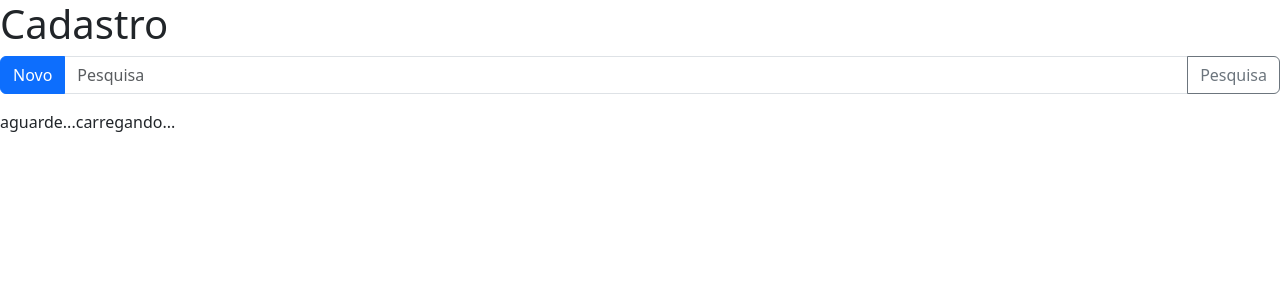
Repository: marcolino-t/Desenvolvimento_Web
Page: OlaMundo2/src/main/webapp/cadastroapi/pessoa.html
These files come from the project's save history. The page is drawn as it stood at one moment and after the next save; the edit follows.
The browser window is 1280 px wide. The pictures show the whole page.
The page's requests for data from a server got no answer.

Above is the page before, as saved 2024-11-19 23:04:18.

### OlaMundo2/src/main/webapp/cadastroapi/pessoa.html
<!DOCTYPE html>
<html>
<head>
<meta charset="ISO-8859-1">
<link
	href="https://cdn.jsdelivr.net/npm/bootstrap@5.3.3/dist/css/bootstrap.min.css"
	rel="stylesheet"
	integrity="sha384-QWTKZyjpPEjISv5WaRU9OFeRpok6YctnYmDr5pNlyT2bRjXh0JMhjY6hW+ALEwIH"
	crossorigin="anonymous">
<title>Insert title here</title>
</head>
<body>
	<h1>Cadastro</h1>
	<div class="input-group mb-3">
		<button type="button" class="btn btn-primary" onclick="novo()">Novo</button>

		<input type="text" class="form-control"
			placeholder="Pesquisa" aria-label="Pesquisa"
			aria-describedby="button-addon2">
		<button class="btn btn-outline-secondary" type="button"
			id="button-addon2" onclick="listar()">Pesquisa</button>
	</div>

	<div id="resposta"></div>


	<div class="modal fade" id="formulario" tabindex="-1"
		aria-labelledby="exampleModalLabel" aria-hidden="true">
		<div class="modal-dialog">
			<div class="modal-content">
				<div class="modal-header">
					<h1 class="modal-title fs-5" id="exampleModalLabel">Cadastro
						de Pessoa</h1>
					<button type="button" class="btn-close" data-bs-dismiss="modal"
						aria-label="Close"></button>
				</div>
				<div class="modal-body">

					<div class="input-group mb-3">
						<span class="input-group-text" id="inputGroup-sizing-default">Nome:</span>
						<input id="nome" type="text" class="form-control"
							aria-label="Sizing example input"
							aria-describedby="inputGroup-sizing-default">
					</div>
					<div class="input-group mb-3">
						<span class="input-group-text" id="inputGroup-sizing-default">Telefone:</span>
						<input id="telefone" type="text" class="form-control"
							aria-label="Sizing example input"
							aria-describedby="inputGroup-sizing-default">
					</div>
					<div class="input-group mb-3">
						<span class="input-group-text" id="inputGroup-sizing-default">E-mail:</span>
						<input id="email" type="text" class="form-control"
							aria-label="Sizing example input"
							aria-describedby="inputGroup-sizing-default">
					</div>
					<div class="input-group mb-3">
						<span class="input-group-text" id="inputGroup-sizing-default">Cidade:</span>
						<input id="cidade" type="text" class="form-control"
							aria-label="Sizing example input"
							aria-describedby="inputGroup-sizing-default">
					</div>

					<div class="modal-footer">
						<button type="button" class="btn btn-secondary"
							data-bs-dismiss="modal">Cancelar</button>
						<button type="button" class="btn btn-primary" onclick="salvar()">Salvar</button>
					</div>
				</div>
			</div>
		</div>
	</div>

	<div class="modal fade" id="excluir" tabindex="-1"
		aria-labelledby="exampleModalLabel" aria-hidden="true">
		<div class="modal-dialog">
			<div class="modal-content">
				<div class="modal-header">
					<h1 class="modal-title fs-5" id="exampleModalLabel">Excluir
						Pessoa</h1>
					<button type="button" class="btn-close" data-bs-dismiss="modal"
						aria-label="Close"></button>
				</div>
				<div class="modal-body">Confirmar a Exclusao do registro</div>

				<div class="modal-footer">
					<button type="button" class="btn btn-secondary"
						data-bs-dismiss="modal">N�o</button>
					<button type="button" class="btn btn-primary"
						onclick="excluirsim()">Excluir</button>
				</div>
			</div>
		</div>
	</div>


	<script
		src="https://cdn.jsdelivr.net/npm/bootstrap@5.3.3/dist/js/bootstrap.bundle.min.js"
		integrity="sha384-YvpcrYf0tY3lHB60NNkmXc5s9fDVZLESaAA55NDzOxhy9GkcIdslK1eN7N6jIeHz"
		crossorigin="anonymous"></script>

	<script>
		//Carregar o formulario
		const modal = new bootstrap.Modal('#formulario')
		const modalexcluir = new bootstrap.Modal('#excluir')
		listar();
		//variavel para salvar o id
		var idatual = 0;

		function listar(){
			document.getElementById("resposta").innerHTML = "aguarde...carregando...";
			fetch("../PessoaAPI")
				.then(resp => resp.json())
				.then(dados => mostrar(dados));

			function mostrar(dados){
				var tab = "<table class='table table-hover'>"
							+ "<th>ID</th>"
							+ "<th>Nome</th>"
							+ "<th>Telefone</th>"
							+ "<th>E-mail</th>"
							+ "<th>Cidade</th>"
							+ "<th></th>";

				for (i in dados){
					tab += "<tr>" + "<td>" + dados[i].idpessoa + "</td>"
					+ "<td>" + dados[i].nome + "</td>"
					+ "<td>" + dados[i].telefone + "</td>"
					+ "<td>" + dados[i].email + "</td>"
					+ "<td>" + dados[i].cidade + "</td>"
					+"<td>"
					+"<a href='#' onclick='alterar("+ dados[i].idpessoa+")'><img src='img/edit.svg'>"
					+"<a href='#' onclick='excluir("+ dados[i].idpessoa+")'><img src='img/trash-2.svg'>"
					+"</td>"
					+ "</tr>";
				}

				tab += "</table>";
				document.getElementById("resposta").innerHTML = tab;
			}
		}

		function novo(){
			//garantir qua nao vai alterar um registro anterior
			idatual = -1;
			//chama a fun��o que mostra o formulario
			//limpar os valores do campo

			document.getElementById("nome").value = "";
			document.getElementById("telefone").value = "";
			document.getElementById("email").value  = "";
			document.getElementById("cidade").value  = "";
			modal.show();
		}

		function salvar(){
			//pega os valores digitados no campo
			let pessoa = {};
			pessoa.nome = document.getElementById("nome").value;
			pessoa.telefone = document.getElementById("telefone").value;
			pessoa.email = document.getElementById("email").value;
			pessoa.cidade = document.getElementById("cidade").value;

			//transforma o objeto pessoa em JSON
			let body = JSON.stringify(pessoa);

			let endereco = "../PessoaAPI";
			let metodo = "POST";


			//verifica�ao se � altera��o ou novo cadastro
			if (idatual > 0){
				endereco = "../PessoaAPI/" + idatual;
				metodo = "PUT";
			}

			//faz a requisi��o da API para inserir o JSON na lista
			fetch(endereco,
				{method: metodo, body: body}
			).then(resp => resp.json())
			.then(function (resposta){
				alert(resposta.mensagem);
				//fecha o formulario
				modal.hide()
				//chama a fun��o listar para recarregar a lista
				listar();
			});

		}

		function alterar(idpessoa){
			idatual = idpessoa;
			fetch("../PessoaAPI/"+ idpessoa)
				.then(resp => resp.json())
				.then(function (resposta){
					document.getElementById("nome").value = resposta.nome;
					document.getElementById("telefone").value = resposta.telefone;
					document.getElementById("email").value  = resposta.email;
					document.getElementById("cidade").value  = resposta.cidade;

					modal.show();
				});
		}

		function excluir(idpessoa){
			//recebe o id para a variavel global
			idatual = idpessoa;
			//exibe o modal
			modalexcluir.show();

		}

		function excluirsim(){
			//requisi�ao para chamar API alterar
			//chama a API passando o id
			fetch("../PessoaAPI/" + idatual,
					{method: "DELETE"}
			).then(resp => resp.json())
			.then(function (resposta){
				alert(resposta.mensagem);
				//esconde o modal
				modalexcluir.hide();
				//lista as fun�oes ovamente
				listar();
			});
		}

	</script>


</body>
</html>

After the next save:
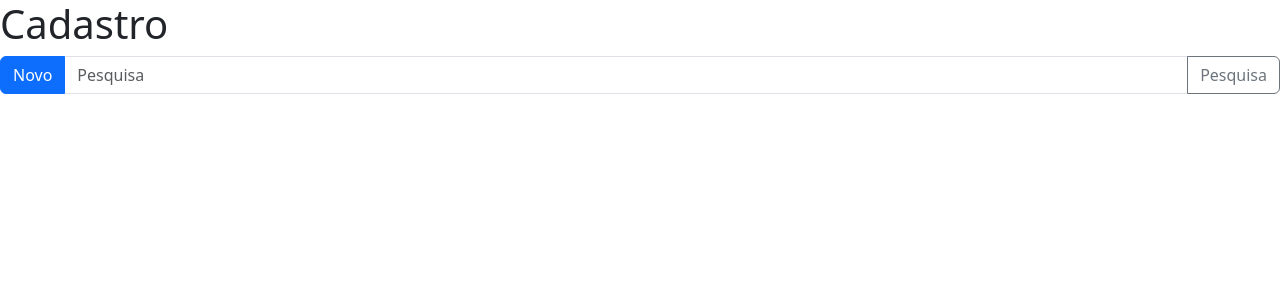
Console error: SyntaxError: Unexpected token '('
Saved 64 s later.
--- a/OlaMundo2/src/main/webapp/cadastroapi/pessoa.html
+++ b/OlaMundo2/src/main/webapp/cadastroapi/pessoa.html
@@ -109,6 +109,8 @@
 
 		function listar(){
 			document.getElementById("resposta").innerHTML = "aguarde...carregando...";
+
+			let
 			fetch("../PessoaAPI")
 				.then(resp => resp.json())
 				.then(dados => mostrar(dados));

After the save that followed:
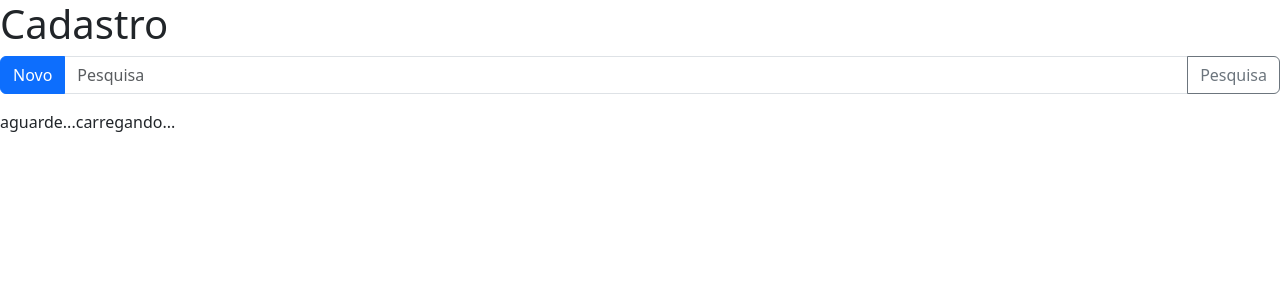
The error is gone.
Saved 4 s later.
--- a/OlaMundo2/src/main/webapp/cadastroapi/pessoa.html
+++ b/OlaMundo2/src/main/webapp/cadastroapi/pessoa.html
@@ -110,7 +110,7 @@
 		function listar(){
 			document.getElementById("resposta").innerHTML = "aguarde...carregando...";
 
-			let
+			let pesquisa
 			fetch("../PessoaAPI")
 				.then(resp => resp.json())
 				.then(dados => mostrar(dados));
